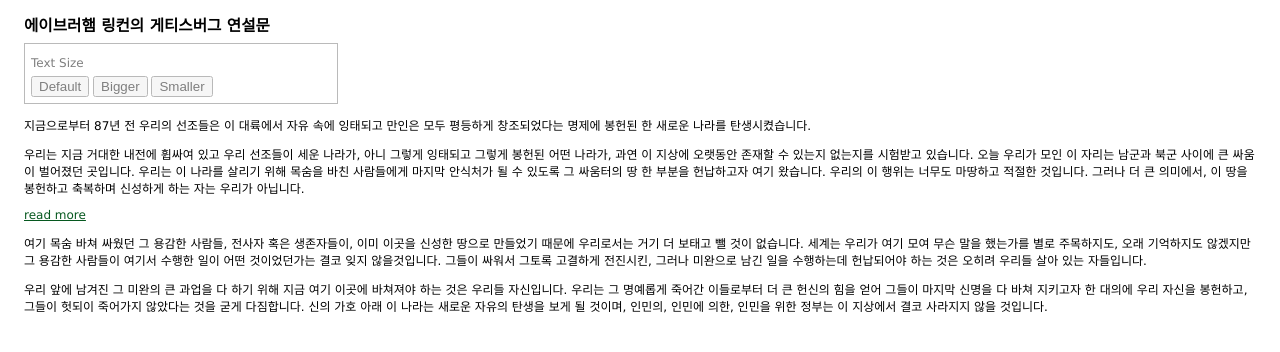
Repository: RyuJelly/211
Page: java_web/jQuery/WebContent/chap04/index.html
The author's editor kept a copy of each file at every save. The page is drawn from the files as they stood at one save, then again after the next save.
The browser window is 1280 px wide. The pictures show the whole page.
After loading, the first visible `div.label` was clicked once.

Above is the page before, as saved 2021-03-16 07:12:28.

After the next save:
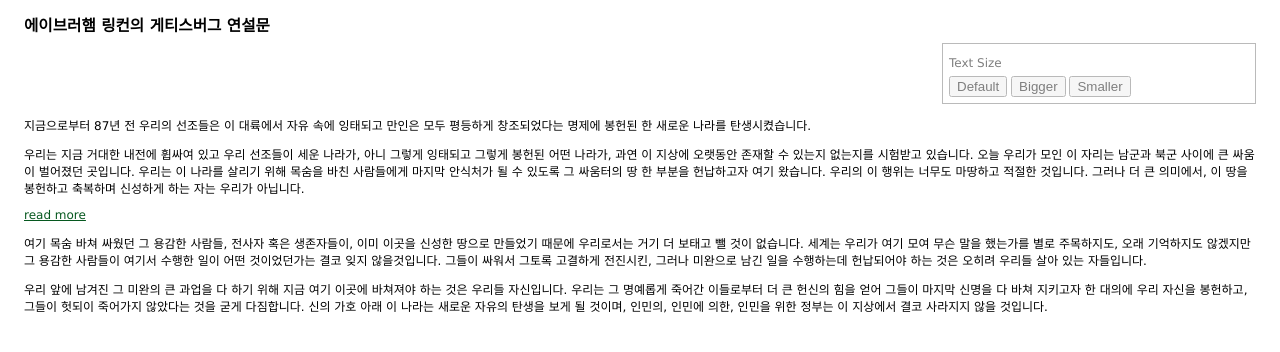
Saved 44 s later.
--- a/java_web/jQuery/WebContent/chap04/gettysburg.js
+++ b/java_web/jQuery/WebContent/chap04/gettysburg.js
@@ -28,7 +28,7 @@ $(function(){
 	$('div.label').click(function(){
 
 		var pWidth = $('div.speech p').outerWidth();		// 안쪽 padding까지 포함된 width값
-		var divWidth = $('#swither').outerWidth();
+		var divWidth = $('#switcher').outerWidth();
 
 		var num = parseInt(pWidth) - parseInt(divWidth);
 
